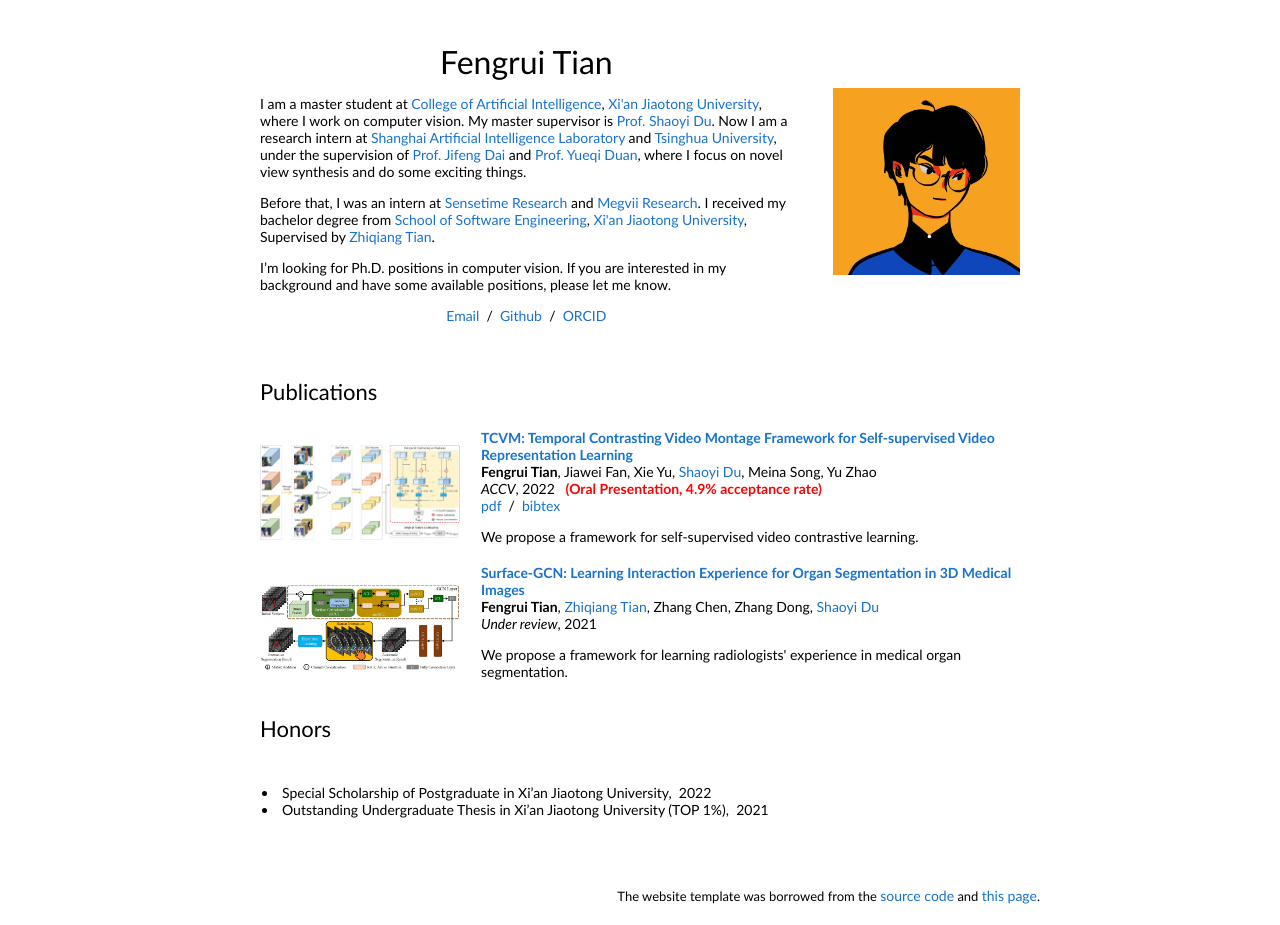
Repository: tianfr/tianfr.github.io
Page: index.html
The author's editor kept a copy of each file at every save. The page is drawn from the files as they stood at one save, then again after the next save.
The browser window is 1280 px wide. The pictures show the whole page.

Above is the page before, as saved 2022-11-20 16:15:55.

After the next save:
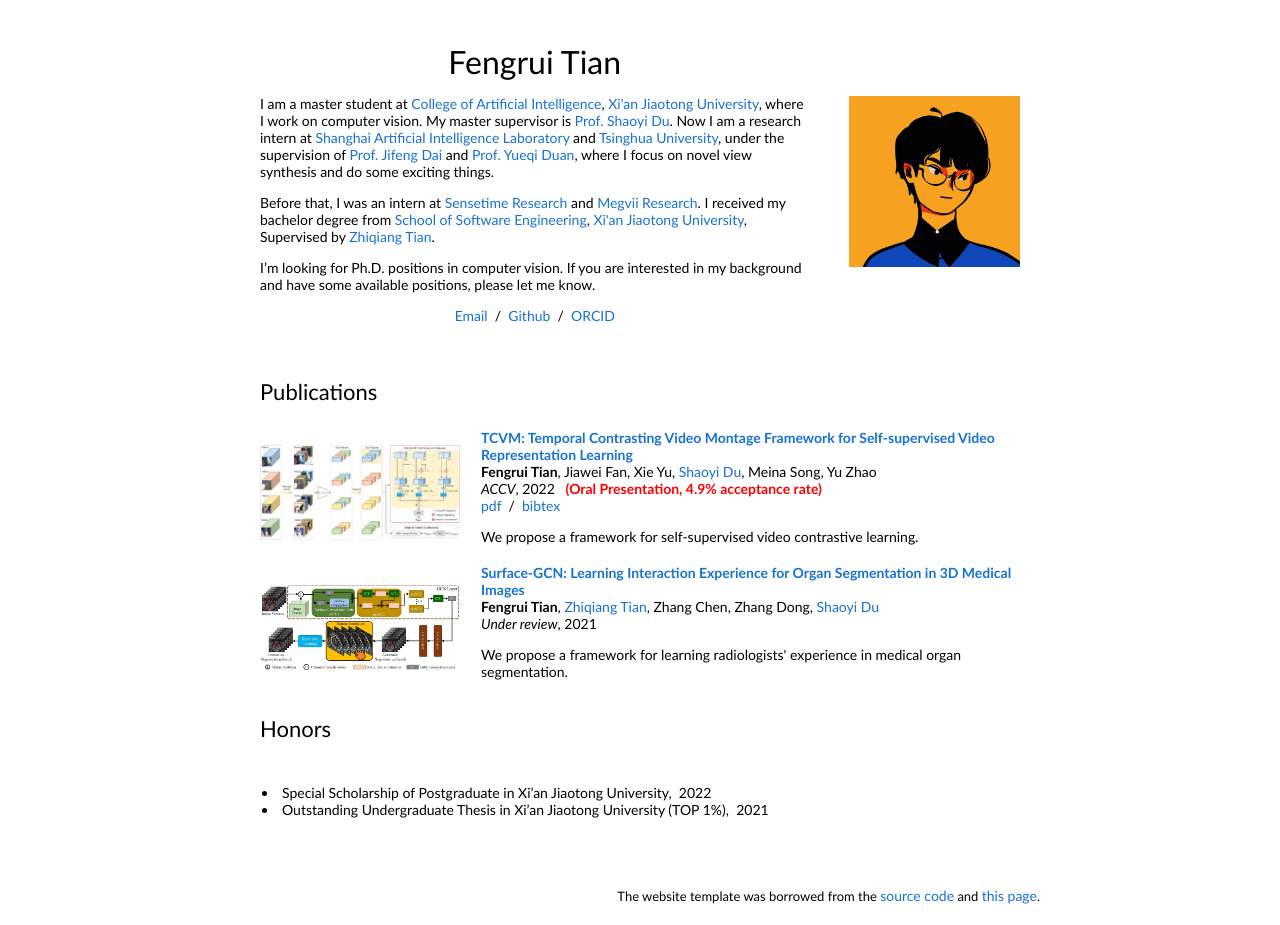
Saved 11 s later.
--- a/index.html
+++ b/index.html
@@ -16,7 +16,7 @@
       <td style="padding:0px">
         <table style="width:100%;border:0px;border-spacing:0px;border-collapse:separate;margin-right:auto;margin-left:auto;"><tbody>
           <tr style="padding:0px">
-            <td style="padding:2.5%;width:63%;vertical-align:middle">
+            <td style="padding:2.5%;width:70%;vertical-align:middle">
               <p style="text-align:center">
                 <name>
                   Fengrui Tian
